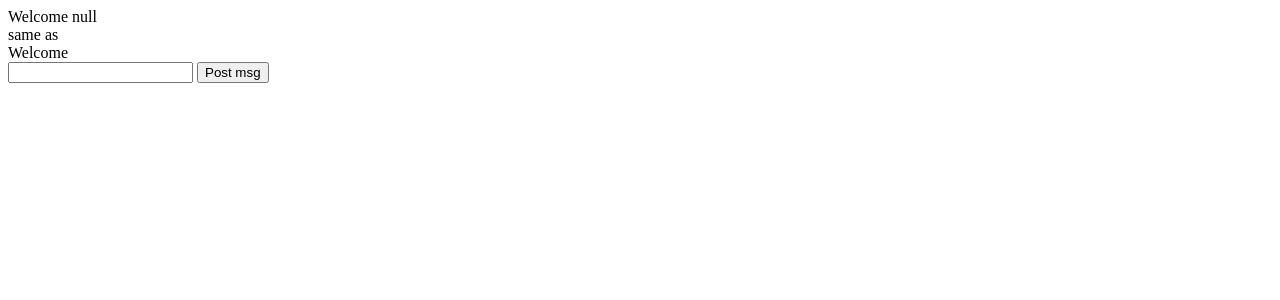
Repository: KritiDangi/JavaEEfullStack
Page: http://localhost/ChatApp/chat.jsp
An editor plug-in stored every save of this project. The page is shown before and after the next save, followed by the edit.
The browser window is 1280 px wide. The pictures show the whole page.
The page is served by Tomcat 9.

Above is the page before, as saved 2018-07-30 04:13:23.

After the next save:
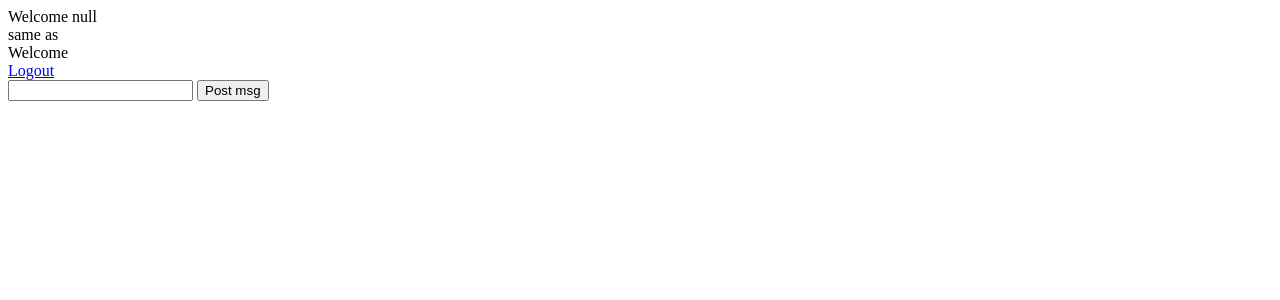
Saved 86 s later.
--- a/eclipse-workspace/ChatApp/WebContent/chat.jsp
+++ b/eclipse-workspace/ChatApp/WebContent/chat.jsp
@@ -11,7 +11,7 @@
 Welcome <%= session.getAttribute("user") %><br>
 same as <br>
 Welcome ${sessionScope.user} <br>
-
+<a href="loginServlet">Logout</a>
 <form method="post" action="chatServlet">
 <input type="text" name="msg">
 <button type="submit">Post msg</button>
